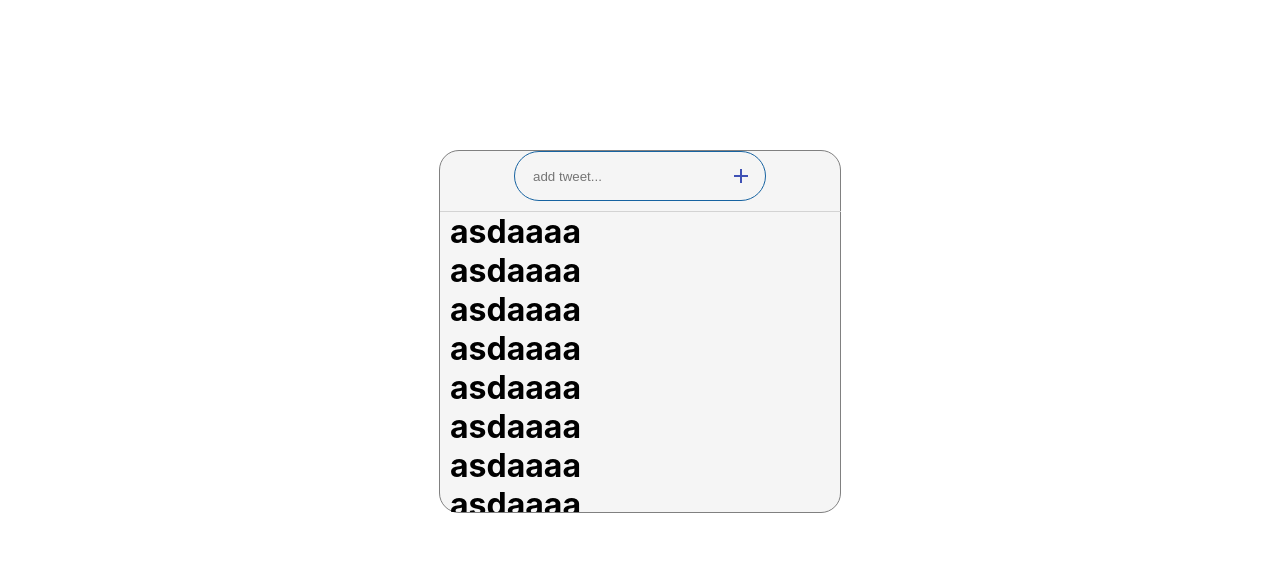
Repository: ehabmelhem/FullStack_Tweetapp
Page: /tweet (app in tweet-app-demo/)
These files come from the project's save history. The page is drawn as it stood at one moment and after the next save; the edit follows.
The browser window is 1280 px wide. The pictures show the whole page.
The project was rebuilt for these pictures with package versions that can differ from the ones it lists, and the page was loaded fresh each time. A package was used in the major version that the imports need, not the one package.json lists. Also part of the build but not shown: tweet-app-demo/src/Componets/Gotweet.js, tweet-app-demo/src/Componets/Login.css, tweet-app-demo/src/Componets/Login.js, tweet-app-demo/src/Componets/SignUp.css, tweet-app-demo/src/Componets/SignUp.js.

Above is the page before, as saved 2021-01-28 20:06:00.

### tweet-app-demo/src/App.js
import "./App.css";
import { useEffect, useState } from "react";
import { BrowserRouter as Router, Switch, Route, Link } from "react-router-dom";
import Login from "./Componets/Login";
import SignUp from "./Componets/SignUp";
import Tweet from "./Componets/Tweet";

function App() {
  return (
    <Router>
      <div className="app">
        <Switch>
          <Route path="/tweet">
            <Tweet />
          </Route>
          <Route path="/login">
            <Login />
          </Route>
          <Route path="/signup">
            <SignUp />
          </Route>
          <Route path="/">
            <Link to="/login">
              <button>Login</button>
            </Link>
            <Link to="/signup">
              <button>SignUp</button>
            </Link>
          </Route>
        </Switch>
      </div>
    </Router>
  );
}

export default App;

### tweet-app-demo/src/App.css
.app {
  position: relative;
  top: 150px;
  width: fit-content;
  margin: 0 auto;
}

### tweet-app-demo/src/Componets/Tweet.js
import React from "react";
import "./Tweet.css";
import IconButton from "@material-ui/core/IconButton";
import AddIcon from "@material-ui/icons/Add";
function Tweet() {
  return (
    <div className="tweet">
      <form className="tweet__form">
        <input placeholder="add tweet..." type="text" name="" id="" />
        <IconButton color="primary">
          <AddIcon />
        </IconButton>
      </form>
      <div className="container">
        <h1>asdaaaa</h1>
        <h1>asdaaaa</h1>
        <h1>asdaaaa</h1>
        <h1>asdaaaa</h1>
        <h1>asdaaaa</h1>
        <h1>asdaaaa</h1>
        <h1>asdaaaa</h1>
        <h1>asdaaaa</h1>
        <h1>asdaaaa</h1>
        <h1>asdaaaa</h1>
        <h1>asdaaaa</h1>
        <h1>asdaaaa</h1>
        <h1>asdaaaa</h1>
        <h1>asdaaaa</h1>
        <h1>asdaaaa</h1>
        <h1>asdaaaa</h1>
        <h1>asdaaaa</h1>
        <h1>asdaaaa</h1>
        <h1>asdaaaa</h1>
        <h1>asdaaaa</h1>
        <h1>asdaaaa</h1>
        <h1>asdaaaa</h1>
        <h1>asdaaaa</h1>
        <h1>asdaaaa</h1>
        <h1>asdaaaa</h1>
        <h1>asdaaaa</h1>
        <h1>asdaaaa</h1>
        <h1>asdaaaa</h1>
        <h1>asdaaaa</h1>
        <h1>asdaaaa</h1>
        <h1>asdaaaa</h1>
        <h1>asdaaaa</h1>
        <h1>asdaaaa</h1>
        <h1>asdaaaa</h1>
        <h1>asdaaaa</h1>
        <h1>asdaaaa</h1>
        <h1>asdaaaa</h1>
        <h1>asdaaaa</h1>
        <h1>asdaaaa</h1>
        <h1>asdaaaa</h1>
        <h1>asdaaaa</h1>
        <h1>asdaaaa</h1>
        <h1>asdaaaa</h1>
        <h1>asdaaaa</h1>
        <h1>asdaaaa</h1>
      </div>
    </div>
  );
}

export default Tweet;

### tweet-app-demo/src/Componets/Tweet.css
.tweet__form {
  margin: 0 auto;
  width: fit-content;
  display: flex;
  align-items: center;
  border: 1px solid rgb(23, 99, 161);
  border-radius: 999px;
}
.tweet__form > input {
  margin-left: 11px;
  padding: 7px;
  outline: none;
  border: none;
  background-color: whitesmoke;
}
.tweet {
  background-color: whitesmoke;
  width: 400px;
  border-radius: 20px;
  border: 1px solid gray;
  z-index: 999;
}
/* Hide scrollbar for Chrome, Safari and Opera */

.container::-webkit-scrollbar-track {
  box-shadow: inset 0 0 6px rgba(13, 132, 230, 0.76);
  border-radius: 999px;
}
.container::-webkit-scrollbar {
  width: 10px;
}
.container::-webkit-scrollbar-thumb {
  background-color: rgb(37, 156, 235);
  border-radius: 999px;
}
.container::-webkit-scrollbar-thumb:hover {
  background-color: black;
}
.container {
  border-top: 1px solid lightgray;
  margin: 0 auto;
  margin-top: 10px;
  overflow: scroll;
  scroll-behavior: smooth;
  overflow-x: hidden; /* Hide horizontal scrollbar */
  height: 300px;
  width: fit-content;
  padding-left: 10px;
  padding-right: 260px;
}

Loaded but not shown: tweet-app-demo/public/index.html (common file); tweet-app-demo/src/index.js (common file); tweet-app-demo/src/index.css (common file); tweet-app-demo/src/reportWebVitals.js (common file)

After the next save:
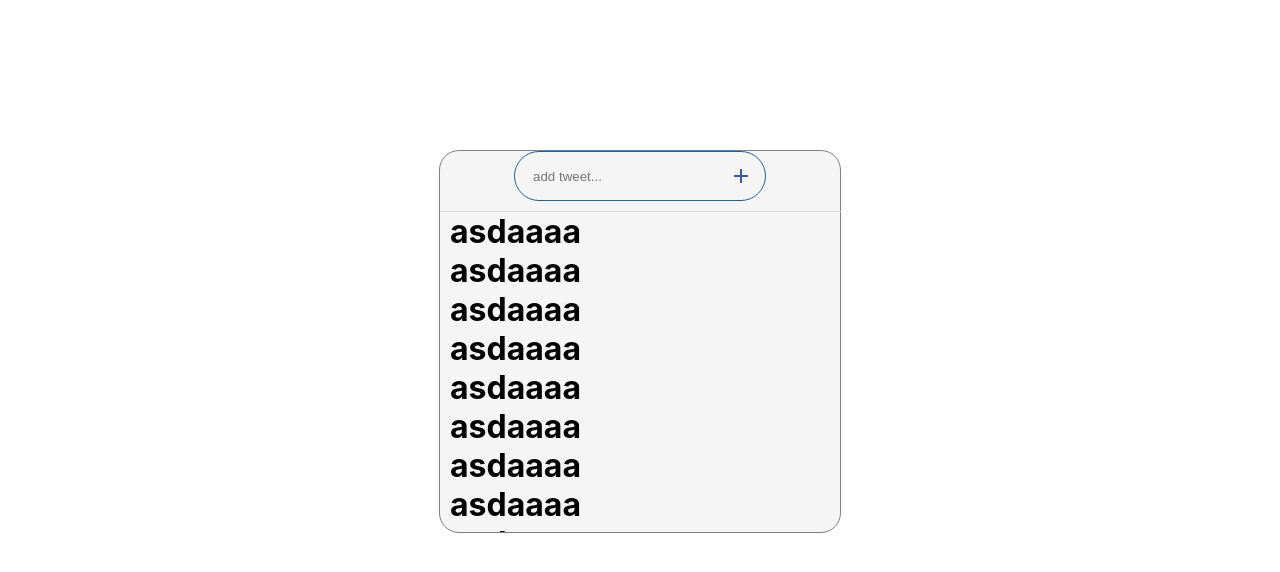
Saved 15 s later.
--- a/tweet-app-demo/src/Componets/Tweet.css
+++ b/tweet-app-demo/src/Componets/Tweet.css
@@ -43,7 +43,7 @@
   overflow: scroll;
   scroll-behavior: smooth;
   overflow-x: hidden; /* Hide horizontal scrollbar */
-  height: 300px;
+  height: 320px;
   width: fit-content;
   padding-left: 10px;
   padding-right: 260px;
